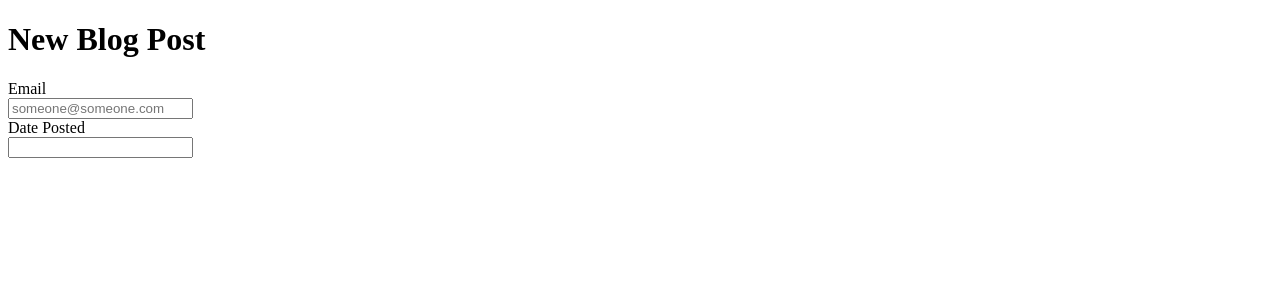
Repository: dishant8/Web-development
Page: public/WebDevWorkspace/experiment/WebContent/BlogNew.html
These files come from the project's save history. The page is drawn as it stood at one moment and after the next save; the edit follows.
The browser window is 1280 px wide. The pictures show the whole page.

Above is the page before, as saved 2015-09-27 02:02:40.

### public/WebDevWorkspace/experiment/WebContent/BlogNew.html
<!DOCTYPE html>
<html>
<head>
<meta charset="ISO-8859-1">
<title>Post new blog article</title>
</head>
<body>

	<header>
		<h1>New Blog Post</h1>

	</header>
	<main>

	<div>
		<label for="email">Email</label>
		<div>
			<input id="email" placeholder="someone@someone.com"
				title="please enter your email" name="email" type="email" />
		</div>
	</div>

		<div>
		<label for="date">Date Posted</label>
		<div>
			<input id="date"
				title="please enter date" name="date" type="email" />
		</div>
	</div>

	</form>
	</main>
	<Footer> </Footer>
</body>
</html>

After the next save:
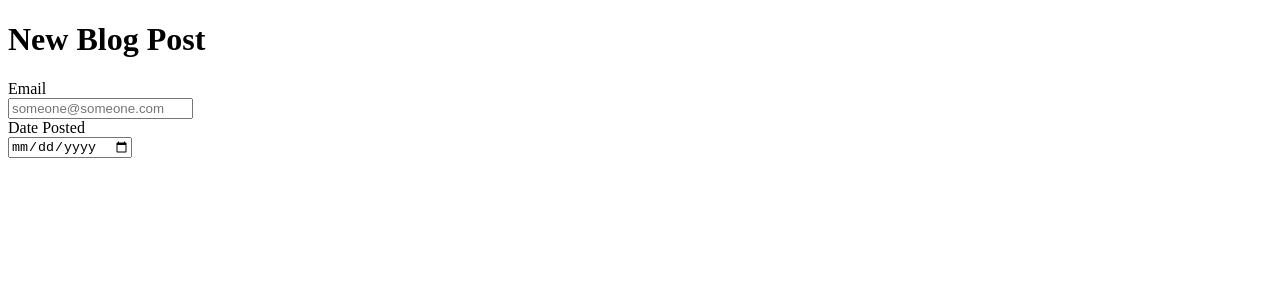
Saved 4 s later.
--- a/public/WebDevWorkspace/experiment/WebContent/BlogNew.html
+++ b/public/WebDevWorkspace/experiment/WebContent/BlogNew.html
@@ -24,7 +24,7 @@
 		<label for="date">Date Posted</label>
 		<div>
 			<input id="date"
-				title="please enter date" name="date" type="email" />
+				title="please enter date" name="date" type="date" />
 		</div>
 	</div>
 

After the 2 saves that followed:
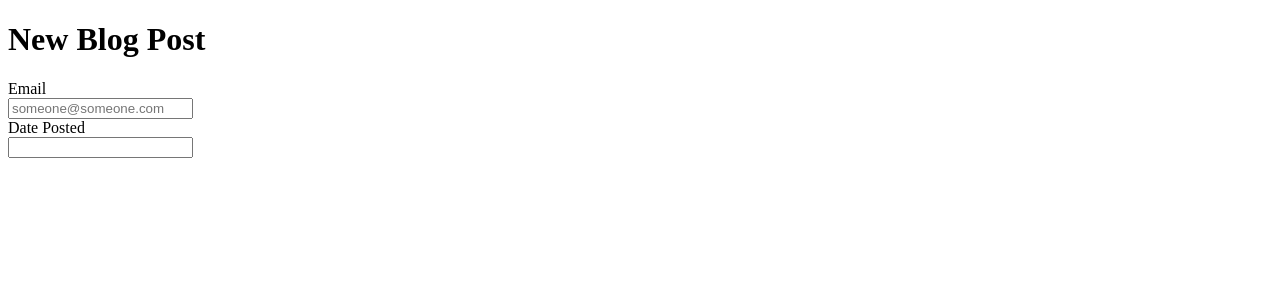
The 2 saves are shown as one change because 1 left the picture as it was.
The last was saved 2 min 16 s later.
--- a/public/WebDevWorkspace/experiment/WebContent/BlogNew.html
+++ b/public/WebDevWorkspace/experiment/WebContent/BlogNew.html
@@ -24,7 +24,7 @@
 		<label for="date">Date Posted</label>
 		<div>
 			<input id="date"
-				title="please enter date" name="date" type="date" />
+				title="Please enter date posted" name="date" type="datetime" />
 		</div>
 	</div>
 
